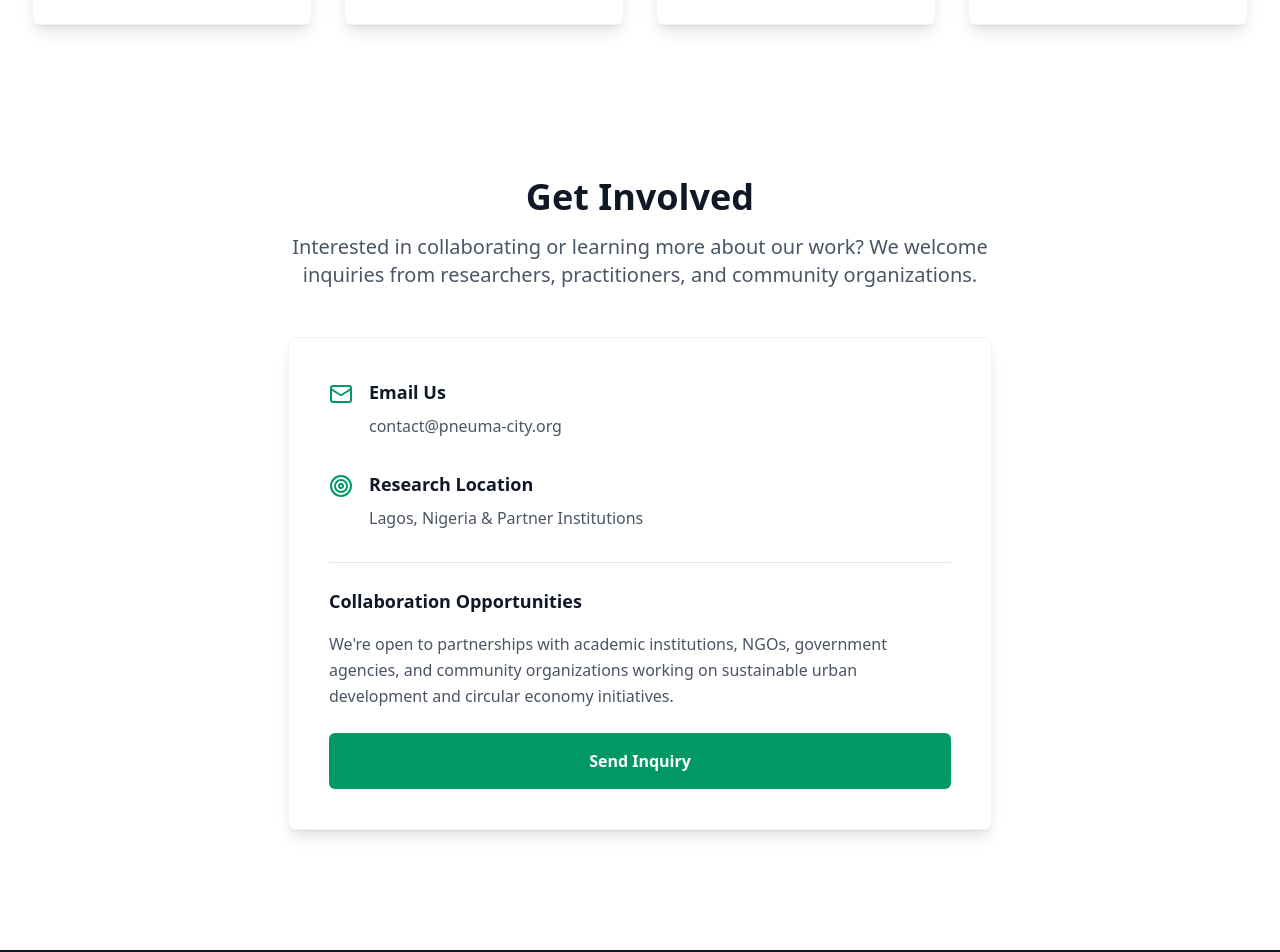
Repository: tiossdav/codesria
Page: /
These files come from the project's save history. The page is drawn as it stood at one moment and after the next save; the edit follows.
The browser window is 1280 px wide. The pictures show the part of the page from y = 4023 to 4975 px (the page is 5194 px tall).
The project was rebuilt for these pictures with package versions that can differ from the ones it lists, and the page was loaded fresh each time. Also part of the build but not shown: vite.config.ts.

Above is the page before, as saved 2025-11-19 19:11:15.

After the next save:
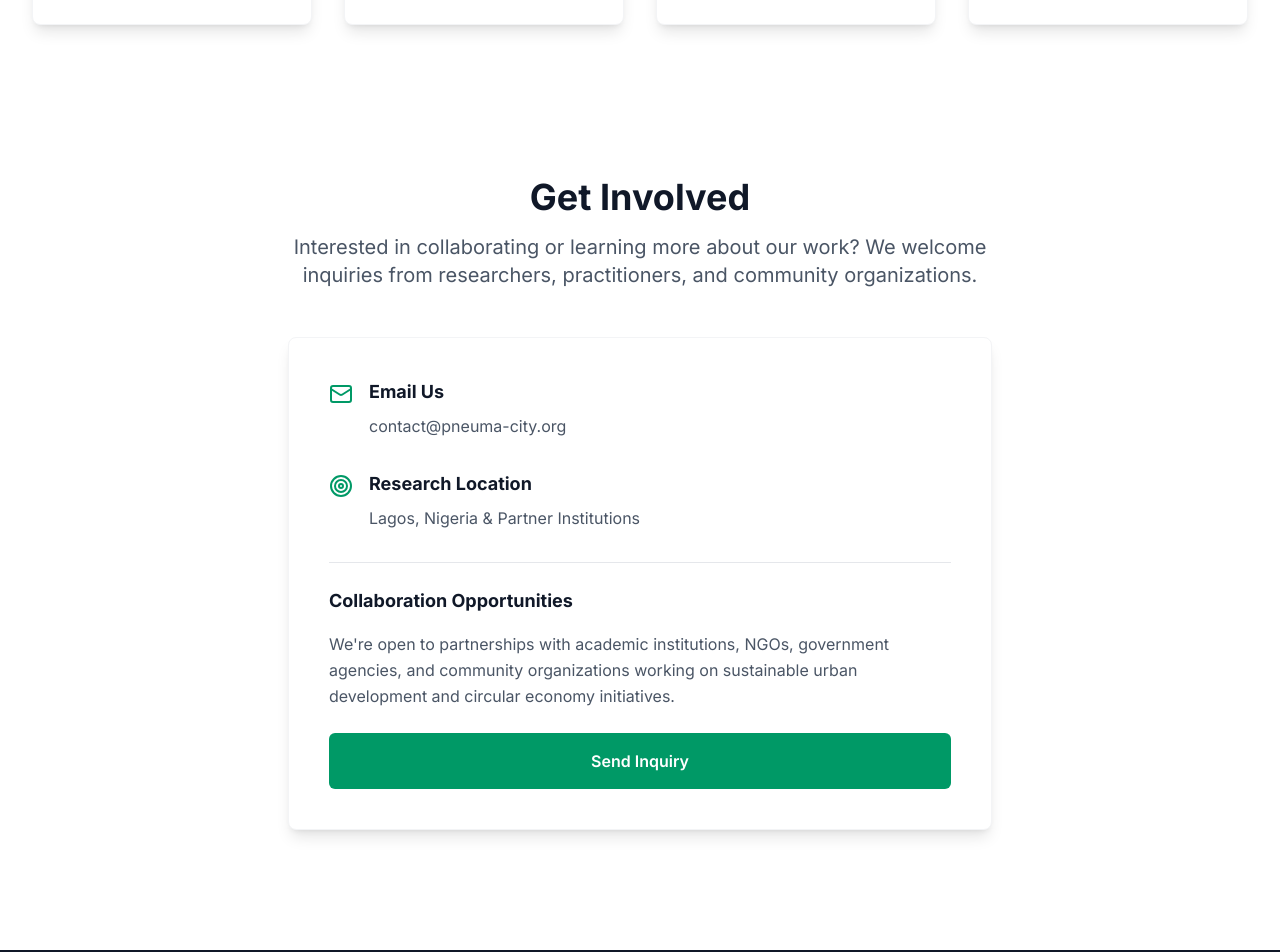
Saved 22 s later.
--- a/src/pages/Contact.tsx
+++ b/src/pages/Contact.tsx
@@ -2,7 +2,7 @@ import { Mail, Target } from "lucide-react";
 
 function Contact() {
   return (
-    <div className="max-w-3xl mx-auto mt-8 px-4 sm:px-6 lg:px-8 py-10">
+    <div className="max-w-3xl mx-auto mt-8 px-4 sm:px-6 lg:px-8 py-10 font-inter">
       <h2 className="text-4xl font-bold text-gray-900 mb-4 text-center">
         Get Involved
       </h2>
